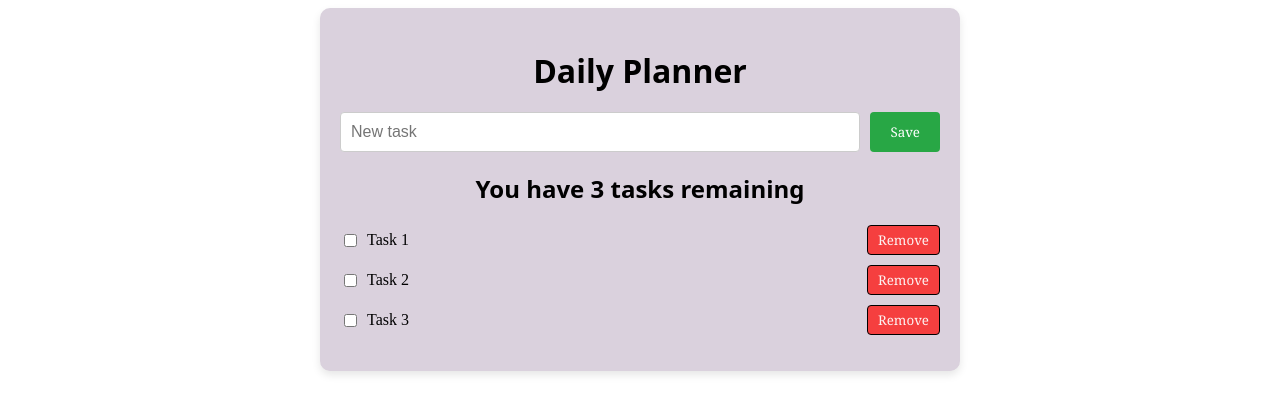
Repository: k8ANStar/lab04-daily-planner
Page: /
These files come from the project's save history. The page is drawn as it stood at one moment and after the next save; the edit follows.
The browser window is 1280 px wide. The pictures show the whole page.
The project was rebuilt for these pictures with package versions that can differ from the ones it lists, and the page was loaded fresh each time. Also part of the build but not shown: vite.config.js.

Above is the page before, as saved 2024-10-13 12:42:36.

### src/App.jsx
import React from "react";
import DailyPlanner from "./components/DailyPlanner";
import "./App.css";

function App() {
	return (
		<div>
			<DailyPlanner />
		</div>
	);
}

export default App;

### src/components/DailyPlanner.jsx
import React, { useState } from "react";
import TaskForm from "./TaskForm";
import TaskList from "./TaskList";

const DailyPlanner = () => {
	const initialTasks = [
		{ id: 1, name: "Task 1", completed: false },
		{ id: 2, name: "Task 2", completed: false },
		{ id: 3, name: "Task 3", completed: false },
	];

	const [tasks, setTasks] = useState(initialTasks);

	const addTask = (taskName) => {
		const newTask = {
			id: tasks.length + 1,
			name: taskName,
			completed: false,
		};
		setTasks([...tasks, newTask]);
	};

	const removeTask = (id) => {
		setTasks(tasks.filter((task) => task.id !== id));
	};

	const handleCheck = (id) => {
		setTasks(
			tasks.map((task) =>
				task.id === id ? { ...task, completed: !task.completed } : task
			)
		);
	};

	const remainingTasks = tasks.filter((task) => !task.completed).length;

	return (
		<div className="planner-container">
			<h1>Daily Planner</h1>
			<TaskForm addTask={addTask} />
			<h2>You have {remainingTasks} tasks remaining</h2>
			<TaskList
				tasks={tasks}
				handleCheck={handleCheck}
				removeTask={removeTask}
			/>
		</div>
	);
};

export default DailyPlanner;

### src/App.css
.planner-container {
	max-width: 600px;
	margin: 0 auto;
	padding: 20px;
	background-color: #dad1dd;
	border-radius: 10px;
	box-shadow: 0 4px 8px rgba(0, 0, 0, 0.1);
}

h1,
h2 {
	text-align: center;
	margin-bottom: 20px;
	font-family: system-ui, -apple-system, BlinkMacSystemFont, "Segoe UI", Roboto,
		Oxygen, Ubuntu, Cantarell, "Open Sans", "Helvetica Neue", sans-serif;
}

.task-form {
	display: flex;
	justify-content: space-between;
	margin-bottom: 20px;
}

.task-input {
	flex-grow: 1;
	padding: 10px;
	font-size: 16px;
	border-radius: 4px;
	border: 1px solid #ccc;
	margin-right: 10px;
}

.save-btn {
	padding: 10px 20px;
	background-color: #28a745;
	color: white;
	border: none;
	border-radius: 4px;
	cursor: pointer;
	font-family: Georgia, "Times New Roman", Times, serif;
}

.save-btn:hover {
	background-color: #218838;
}

.task-list {
	list-style: none;
	padding: 0;
}

.task-item {
	display: flex;
	align-items: center;
	justify-content: space-between;
	margin-bottom: 10px;
}

.task-checkbox {
	margin-right: 10px;
}

.task-name {
	flex-grow: 1;
}

.task-name.completed {
	text-decoration: line-through;
	color: #6c757d;
}

.remove-btn {
	padding: 5px 10px;
	background-color: #f53f3f;
	color: rgb(252, 243, 243);
	border: 1px solid black;
	border-radius: 4px;
	cursor: pointer;
	font-family: Georgia, "Times New Roman", Times, serif;
}

.remove-btn:hover {
	background-color: #92222d;
}

### src/components/TaskForm.jsx
import React, { useState } from "react";

const TaskForm = ({ addTask }) => {
	const [taskName, setTaskName] = useState("");

	const handleSubmit = (e) => {
		e.preventDefault();
		if (taskName.trim()) {
			addTask(taskName);
			setTaskName("");
		}
	};

	return (
		<form onSubmit={handleSubmit} className="task-form">
			<input
				type="text"
				value={taskName}
				onChange={(e) => setTaskName(e.target.value)}
				placeholder="New task"
				className="task-input"
			/>
			<button type="submit" className="save-btn">
				Save
			</button>
		</form>
	);
};

export default TaskForm;

### src/components/TaskList.jsx
import React from "react";
import Task from "./Tasks";

const TaskList = ({ tasks, handleCheck, removeTask }) => {
	return (
		<ul className="task-list">
			{tasks.map((task) => (
				<Task
					key={task.id}
					task={task}
					handleCheck={handleCheck}
					removeTask={removeTask}
				/>
			))}
		</ul>
	);
};

export default TaskList;

### src/components/Tasks.jsx
import React from "react";

const Task = ({ task, handleCheck, removeTask }) => {
	return (
		<li className="task-item">
			<input
				type="checkbox"
				checked={task.completed}
				onChange={() => handleCheck(task.id)}
				className="task-checkbox"
			/>
			<span className={task.completed ? "task-name completed" : "task-name"}>
				{task.name}
			</span>
			<button onClick={() => removeTask(task.id)} className="remove-btn">
				Remove
			</button>
		</li>
	);
};

export default Task;

Loaded but not shown: index.html (common file); src/main.jsx (common file); src/index.css (common file)

After the next save:
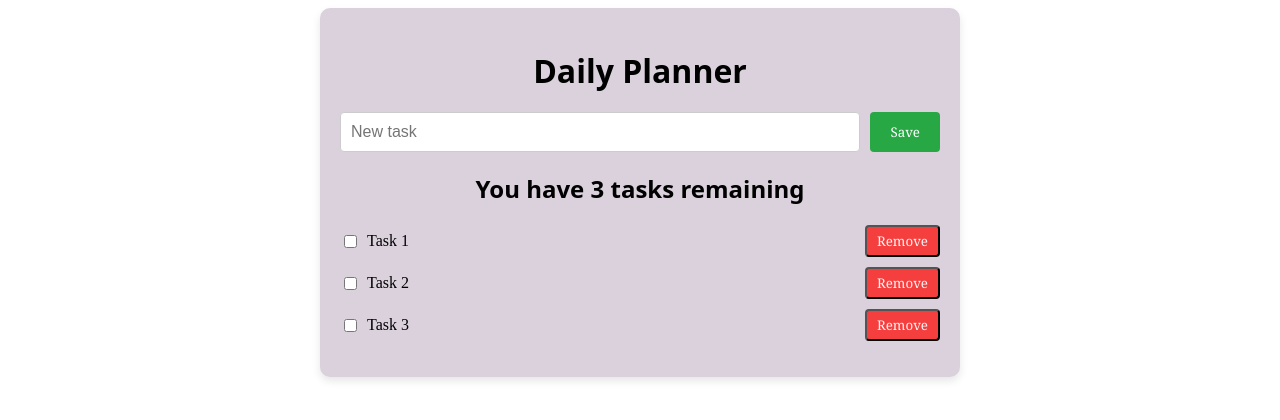
Saved 12 s later.
--- a/src/App.css
+++ b/src/App.css
@@ -73,7 +73,7 @@ h2 {
 	padding: 5px 10px;
 	background-color: #f53f3f;
 	color: rgb(252, 243, 243);
-	border: 1px solid black;
+
 	border-radius: 4px;
 	cursor: pointer;
 	font-family: Georgia, "Times New Roman", Times, serif;
